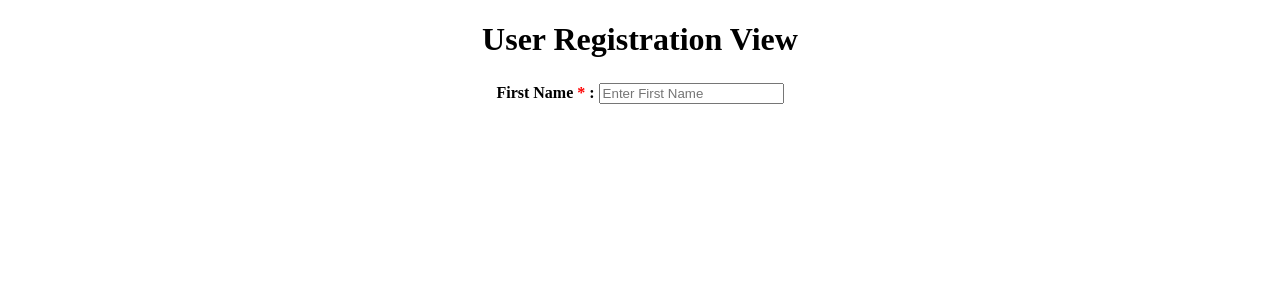
Repository: HimanshuJain1991/ProjectModuleUseCase
Page: http://localhost/Practice/UserRegistrationView.jsp
The author's editor kept a copy of each file at every save. The page is drawn from the files as they stood at one save, then again after the next save.
The browser window is 1280 px wide. The pictures show the whole page.
The page is served by Tomcat 9. Other server files are loaded and not shown.

Above is the page before, as saved 2024-02-27 10:51:14.

### Practice/src/main/webapp/UserRegistrationView.jsp
<%@ page language="java" contentType="text/html; charset=ISO-8859-1"
	pageEncoding="ISO-8859-1"%>
<!DOCTYPE html>
<html>
<head>
<meta charset="ISO-8859-1">
<title>Insert title here</title>
</head>
<body>
	<center>
		<h1>User Registration View</h1>
		<table>
			<tr>
				<th >First Name <span style="color: red">*</span> :
				</th>
				<td><input type="text" name="firstName"
					placeholder="Enter First Name"
					value=""></td>
	</center>

</body>
</html>

After the next save:
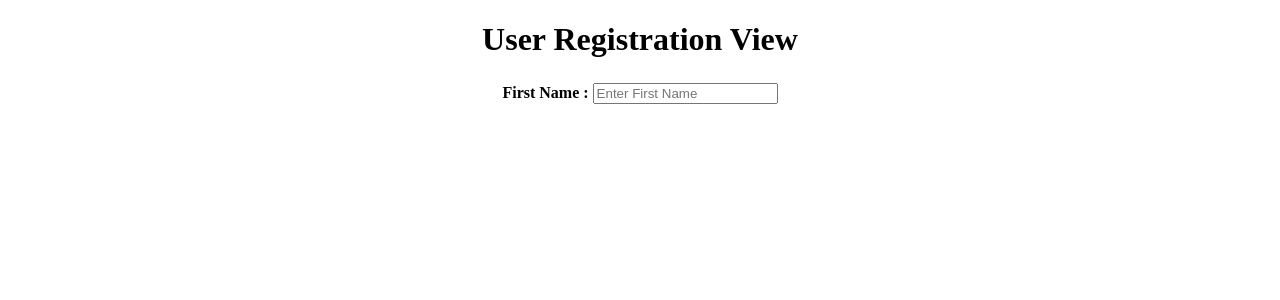
Saved 9 s later.
--- a/Practice/src/main/webapp/UserRegistrationView.jsp
+++ b/Practice/src/main/webapp/UserRegistrationView.jsp
@@ -11,7 +11,7 @@
 		<h1>User Registration View</h1>
 		<table>
 			<tr>
-				<th >First Name <span style="color: red">*</span> :
+				<th >First Name  :
 				</th>
 				<td><input type="text" name="firstName"
 					placeholder="Enter First Name"
